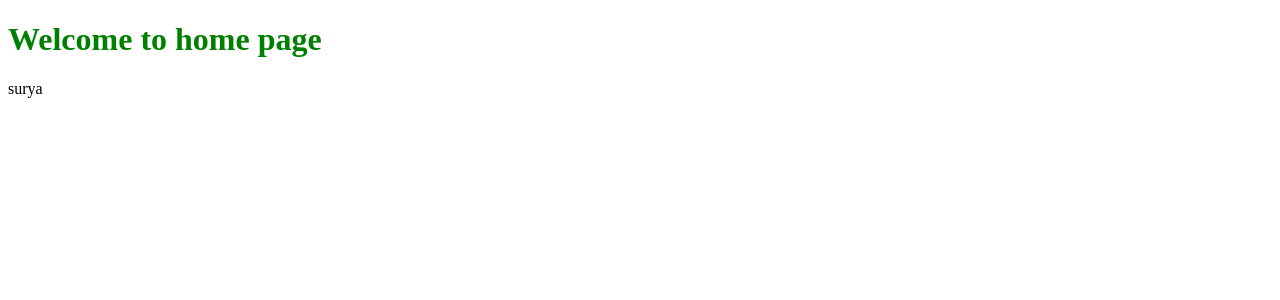
Repository: Boppesurya/advancedjav2
Page: http://localhost/Firstjsp/Firstjsp.jsp
These files come from the project's save history. The page is drawn as it stood at one moment and after the next save; the edit follows.
The browser window is 1280 px wide. The pictures show the whole page.
The page is served by Tomcat 9.

Above is the page before, as saved 2023-06-10 07:44:41.

After the next save:
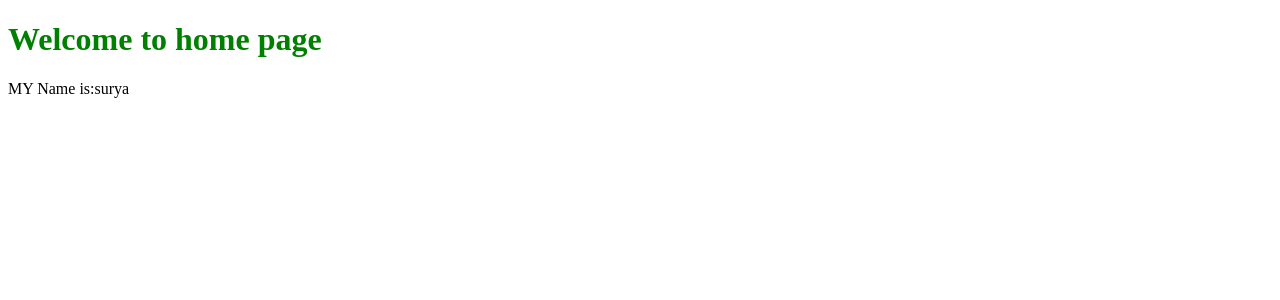
Saved 53 s later.
--- a/Firstjsp/WebContent/Firstjsp.jsp
+++ b/Firstjsp/WebContent/Firstjsp.jsp
@@ -11,7 +11,7 @@
 <%!
 String name="surya";
 %>
-<% out.println(name); %>
+<% out.println("MY Name is:"+name); %>
 
 </body>
 </html>
